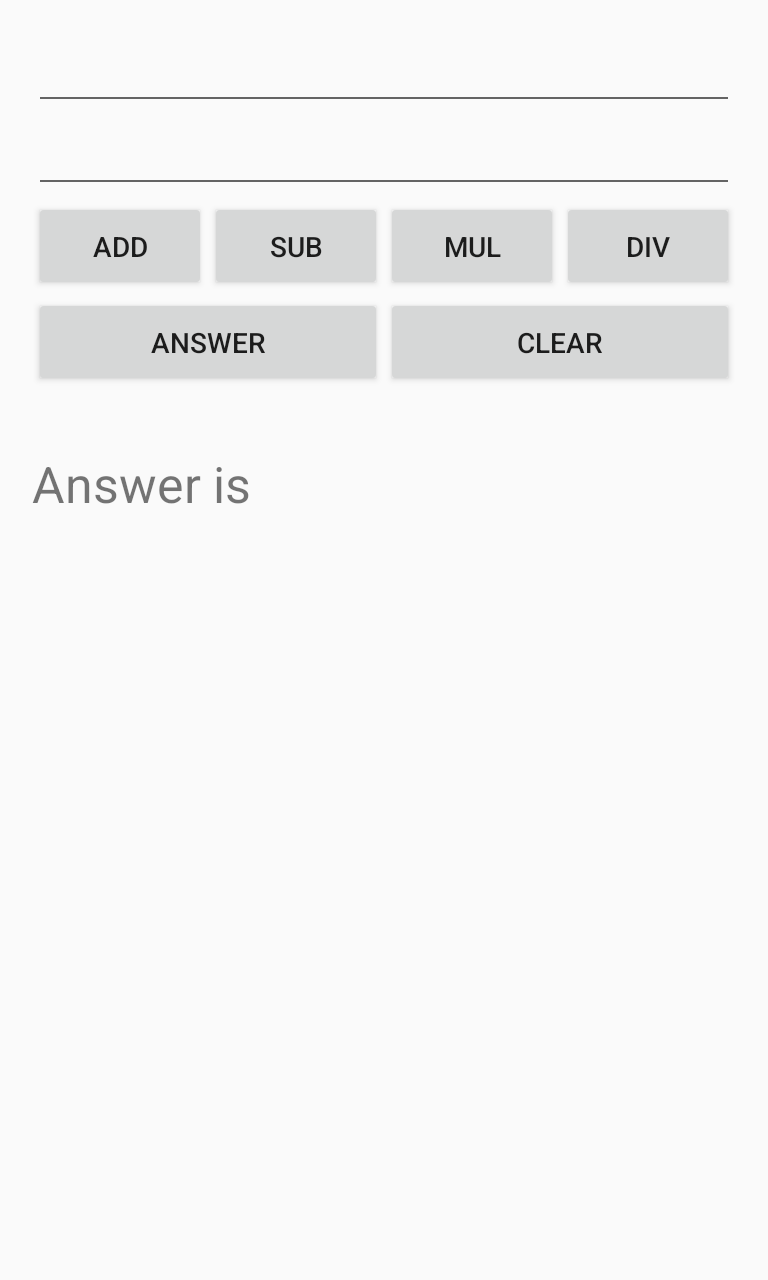
Repository: tamilkarun/Android
Layout: Calc/res/layout/fragment_main.xml
These files come from the project's save history. The layout is drawn as it stood at one moment and after the next save; the edit follows.
It is drawn on a 768 x 1280 px phone screen (xhdpi) without system bars, with theme AppTheme; the app's code is not run.

Above is the layout before, as saved 2014-05-14 06:27:45.

After the next save:
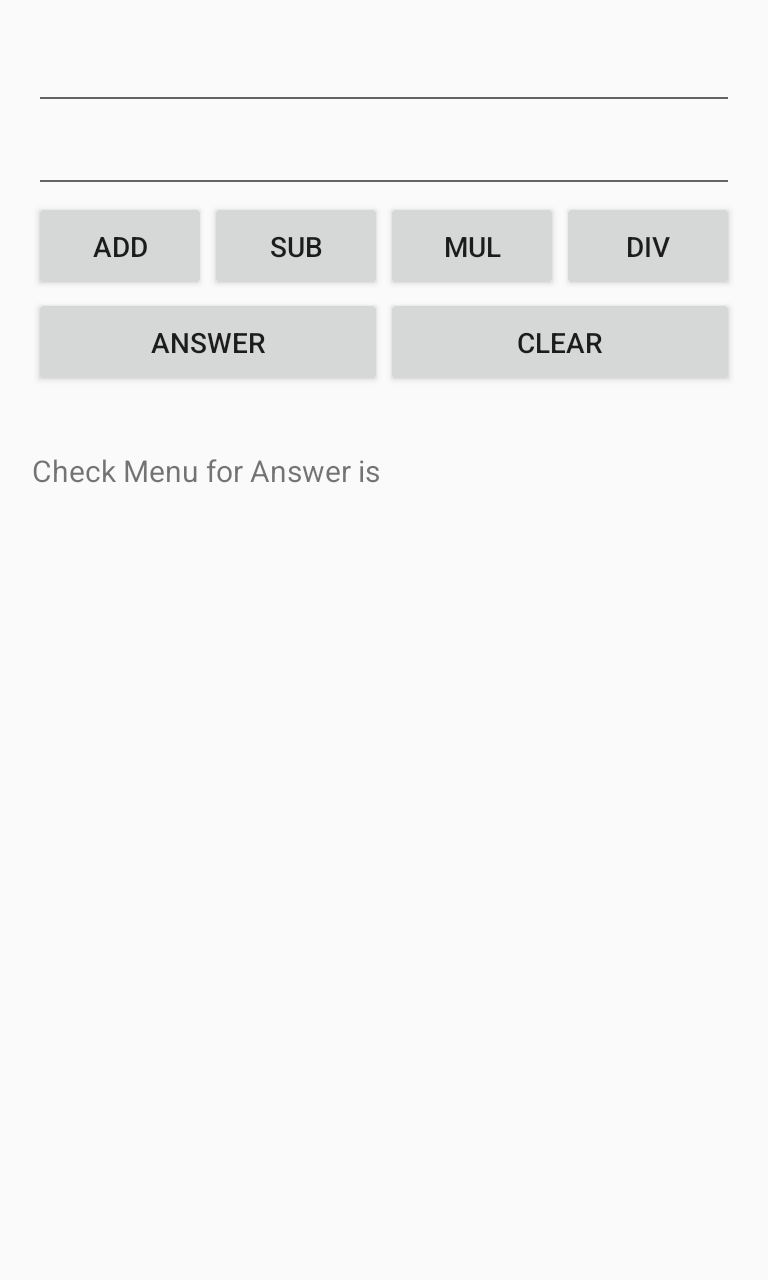
Saved 60 s later.
--- a/Calc/res/layout/fragment_main.xml
+++ b/Calc/res/layout/fragment_main.xml
@@ -98,7 +98,7 @@
             android:layout_marginTop="30dp"
             android:layout_width="fill_parent"
             android:layout_height="wrap_content"
-            android:text="Answer is "
+            android:text="Check Menu for Answer is "
             android:gravity="left"
-            android:textSize="25dp" />
+            android:textSize="15dp" />
 </LinearLayout>
